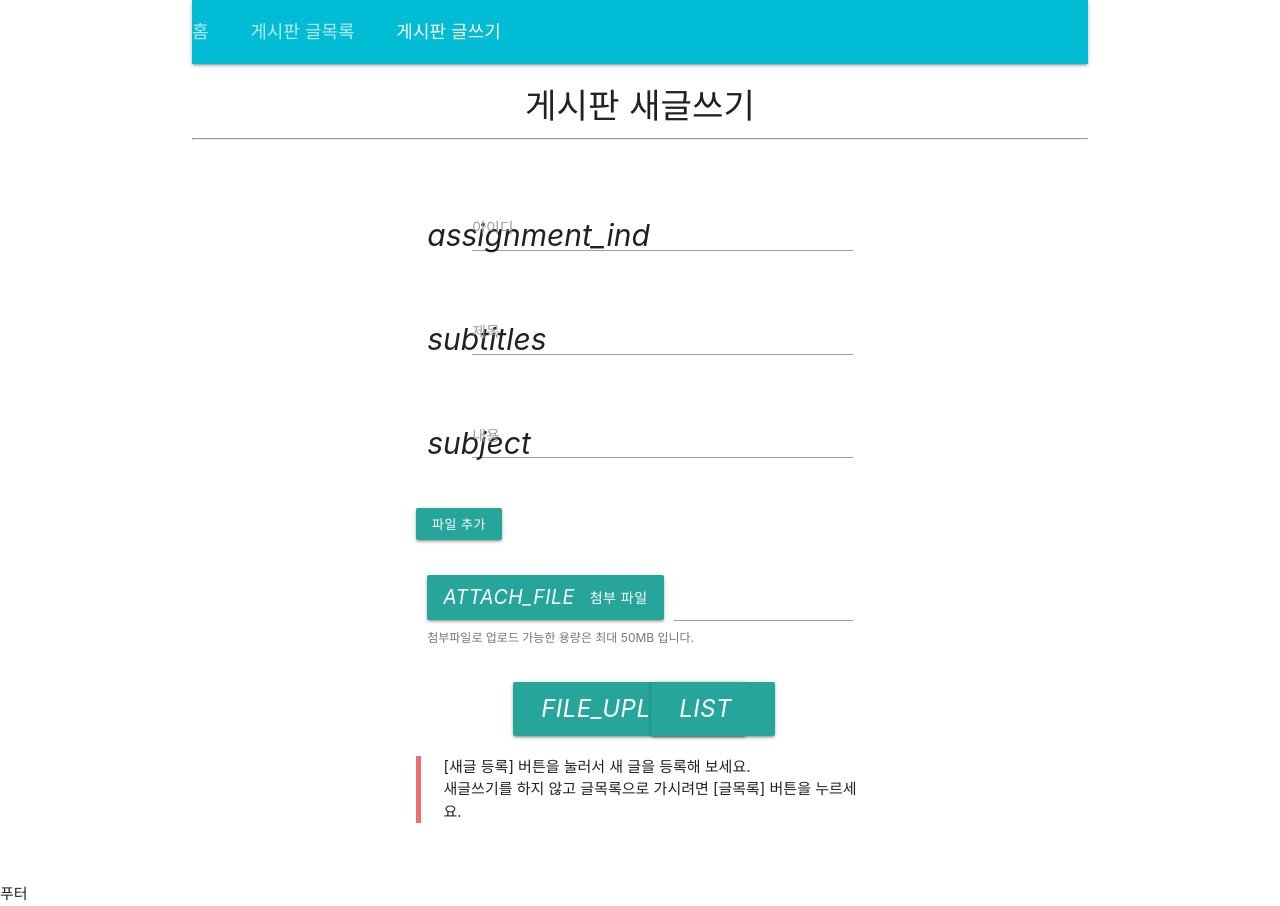
Repository: okgunyang/pro07
Page: http://localhost/pro07/WEB-INF/views/data/fileUpload.jsp
An editor plug-in stored every save of this project. The page is shown before and after the next save, followed by the edit.
The browser window is 1280 px wide. The pictures show the whole page.
The page is served by Tomcat 9. Nobody is signed in. Other server files are loaded and not shown. The template is opened directly, without the code that normally fills it, so the values that code supplies are empty.

Above is the page before, as saved 2023-01-04 00:27:10.
Console error: SyntaxError: Invalid or unexpected token

### pro07/src/main/webapp/WEB-INF/views/data/fileUpload.jsp
<%@ page language="java" contentType="text/html; charset=UTF-8"
    pageEncoding="UTF-8"%>
<%@ taglib prefix="c" uri="http://java.sun.com/jsp/jstl/core"%>
<!DOCTYPE html>
<html lang="ko">
<head>
    <meta charset="UTF-8">
    <meta http-equiv="X-UA-Compatible" content="IE=edge">
    <meta name="viewport" content="width=device-width, initial-scale=1.0">
    <title>파일 업로드</title>
    <link rel="stylesheet" href="https://cdnjs.cloudflare.com/ajax/libs/materialize/1.0.0/css/materialize.min.css">
    <link href="https://fonts.googleapis.com/icon?family=Material+Icons" rel="stylesheet">
</head>

<body>
    <!-- App -->
    <div id="app">

        <%-- include header.jsp --%>
		<jsp:include page="/WEB-INF/views/include/header.jsp" />

        <div class="container">
            <!-- Breadcrumbs -->
            <nav>
                <div class="nav-wrapper cyan">
                    <div class="col s12">
                        <a href="/" class="breadcrumb">홈</a>
                        <a href="/board/list?pageNum=${ pageNum }" class="breadcrumb">게시판 글목록</a>
                        <a href="/board/write" class="breadcrumb">게시판 글쓰기</a>
                    </div>
                </div>
            </nav>
            <!-- end of Breadcrumbs -->


            <!-- Forms -->
            <div class="row">
                <h4 class="center-align">게시판 새글쓰기</h4>
                <hr style="margin-bottom: 50px;">

                <form class="col s12 l6 offset-l3" action="/board/write" method="post" enctype="multipart/form-data">
                	<input type="hidden" name="pageNum" value="${ pageNum }">

                    <div class="row">
                        <div class="input-field col s12">
                            <i class="material-icons prefix">assignment_ind</i>
                            <input type="text" id="member_id" readonly name="mbrid" value="${ memberVO.id }">
                            <label for="member_id">아이디</label>
                        </div>
                    </div>
                    <div class="row">
                        <div class="input-field col s12">
                            <i class="material-icons prefix">subtitles</i>
                            <input type="text" id="title" class="validate" name="title">
                            <label for="title">제목</label>
                        </div>
                    </div>
                    <div class="row">
                        <div class="input-field col s12">
                            <i class="material-icons prefix">subject</i>
                            <textarea id="textarea1" class="materialize-textarea" name="content"></textarea>
                            <label for="textarea1">내용</label>
                        </div>
                    </div>


                    <div class="row">
                    	<button type="button" class="btn-small waves-effect waves-light" id="btnAddFile">파일 추가</button>
                    </div>

                    <div class="row" id="fileContainer">
                        <div class="file-field input-field col s12">
                            <div class="btn">
                                <span><i class="material-icons left">attach_file</i>첨부 파일</span>
                                <input type="file" name="files" multiple>
                            </div>
                            <div class="file-path-wrapper">
                                <input type="text" class="file-path validate">
                            </div>
                            <span class="helper-text">첨부파일로 업로드 가능한 용량은 최대 50MB 입니다.</span>
                        </div>
                    </div>


                    <div class="row center-align">
                        <div class="col s12 l8 offset-l2">
                            <div class="col s6">
                                <button type="submit" class="btn-large waves-effect waves-light">
                                    <i class="material-icons left">file_upload</i>
                                    새글 등록
                                </button>
                            </div>
                            <div class="col s6">
                                <a class="btn-large waves-effect waves-light" href="/board/list?pageNum=${ pageNum }">
                                    <i class="material-icons left">list</i>
                                    글목록
                                </a>
                            </div>
                        </div>
                    </div>

                    <div class="row">
                        <blockquote>
                            [새글 등록] 버튼을 눌러서 새 글을 등록해 보세요.<br>
                            새글쓰기를 하지 않고 글목록으로 가시려면 [글목록] 버튼을 누르세요.
                        </blockquote>
                    </div>
                </form>
            </div>
            <!-- end of Forms -->


        </div>
        <!-- end of Container -->


        <!-- Footer -->
        <%-- include footer.jsp --%>
 		<jsp:include page="/WEB-INF/views/include/footer.jsp" />
        <!-- end of Footer -->

    </div>
    <!-- end of App -->



    <script src="https://cdnjs.cloudflare.com/ajax/libs/materialize/1.0.0/js/materialize.min.js"></script>
    <script>
        const sideNav = document.querySelector('.sidenav');
        M.Sidenav.init(sideNav, {});
    </script>
    <script>
    	var fileContainer = document.querySelector('#fileContainer');

    	var btnAddFile = document.querySelector('#btnAddFile');

    	var fileCount = 1; // 첨부파일 선택상자 개수

    	btnAddFile.addEventListener('click', function () {
    		if (fileCount >= 5) {
    			alert('첨부파일은 최대 5개까지만 업로드 가능합니다.')
    			return;
    		}
    		fileCount++; // 추가된 첨부파일 선택상자 개수 반영

    		var input = '
            <div class="file-field input-field col s12">
                <div class="btn">
                    <span><i class="material-icons left">attach_file</i>첨부 파일</span>
                    <input type="file" name="files" multiple>
                </div>
                <div class="file-path-wrapper">
                    <input type="text" class="file-path validate">
                </div>
                <span class="helper-text">첨부파일로 업로드 가능한 용량은 최대 50MB 입니다.</span>
            </div>
    		';

    		fileContainer.innerHTML += input;
    	});

    </script>
</body>

</html>

### pro07/src/main/webapp/WEB-INF/views/include/header.jsp
<%@ page language="java" contentType="text/html; charset=UTF-8"
    pageEncoding="UTF-8"%>
<!DOCTYPE html>
<html>
<head>
	<meta charset="UTF-8">
    <meta http-equiv="X-UA-Compatible" content="IE=edge">
    <meta name="viewport" content="width=device-width, initial-scale=1.0, user-scalable=no">
<title>Insert title here</title>
</head>
<body>

</body>
</html>

### pro07/src/main/webapp/WEB-INF/views/include/footer.jsp
<%@ page language="java" contentType="text/html; charset=UTF-8"
    pageEncoding="UTF-8"%>
<%@ taglib prefix="c" uri="http://java.sun.com/jsp/jstl/core"%>
<footer class="footer">
	푸터
</footer>

After the next save:
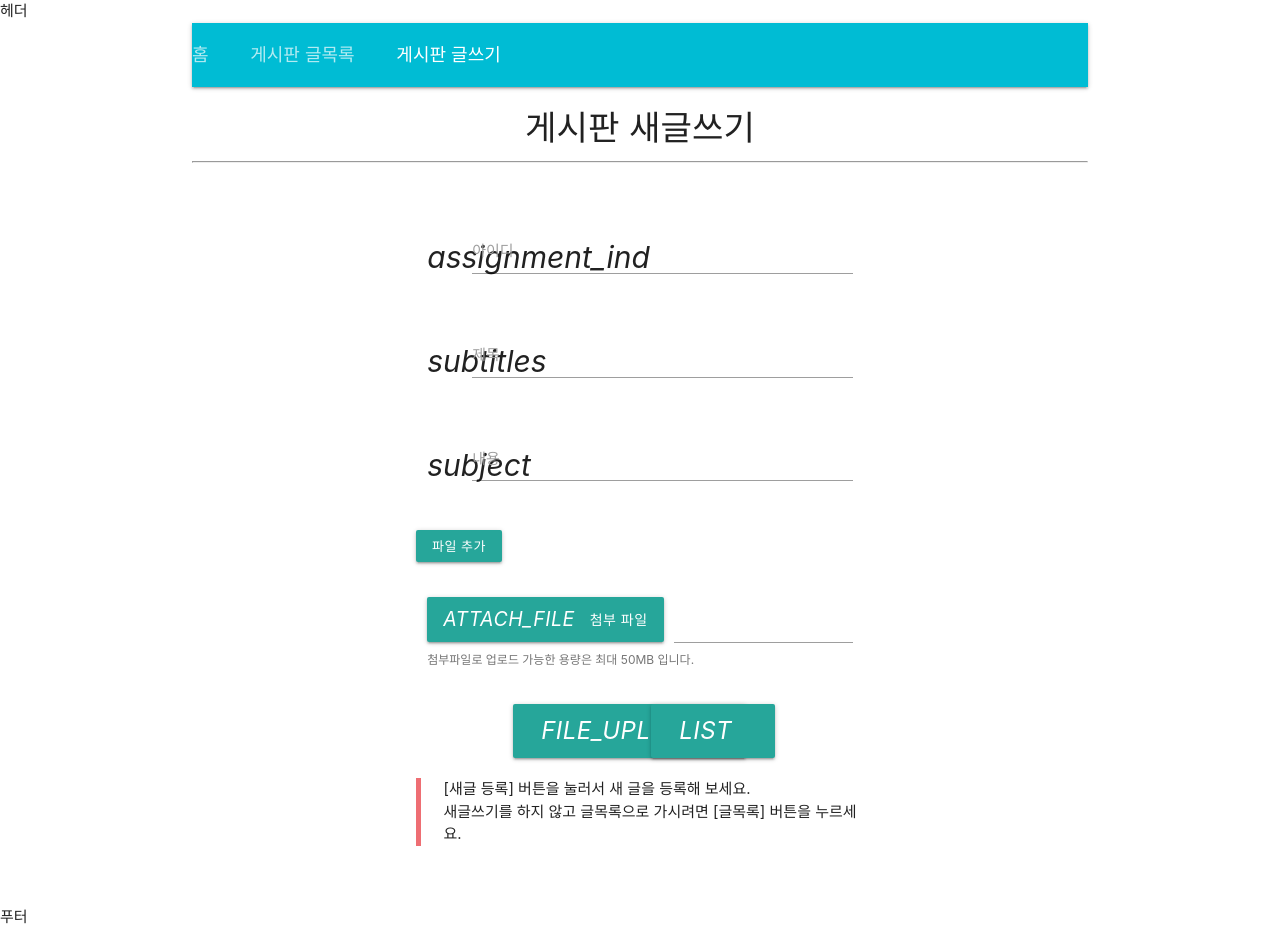
Saved 23 s later.
--- a/pro07/src/main/webapp/WEB-INF/views/include/header.jsp
+++ b/pro07/src/main/webapp/WEB-INF/views/include/header.jsp
@@ -1,14 +1,6 @@
 <%@ page language="java" contentType="text/html; charset=UTF-8"
     pageEncoding="UTF-8"%>
-<!DOCTYPE html>
-<html>
-<head>
-	<meta charset="UTF-8">
-    <meta http-equiv="X-UA-Compatible" content="IE=edge">
-    <meta name="viewport" content="width=device-width, initial-scale=1.0, user-scalable=no">
-<title>Insert title here</title>
-</head>
-<body>
-
-</body>
-</html>
+<%@ taglib prefix="c" uri="http://java.sun.com/jsp/jstl/core"%>
+<header class="footer">
+	헤더
+</header>
